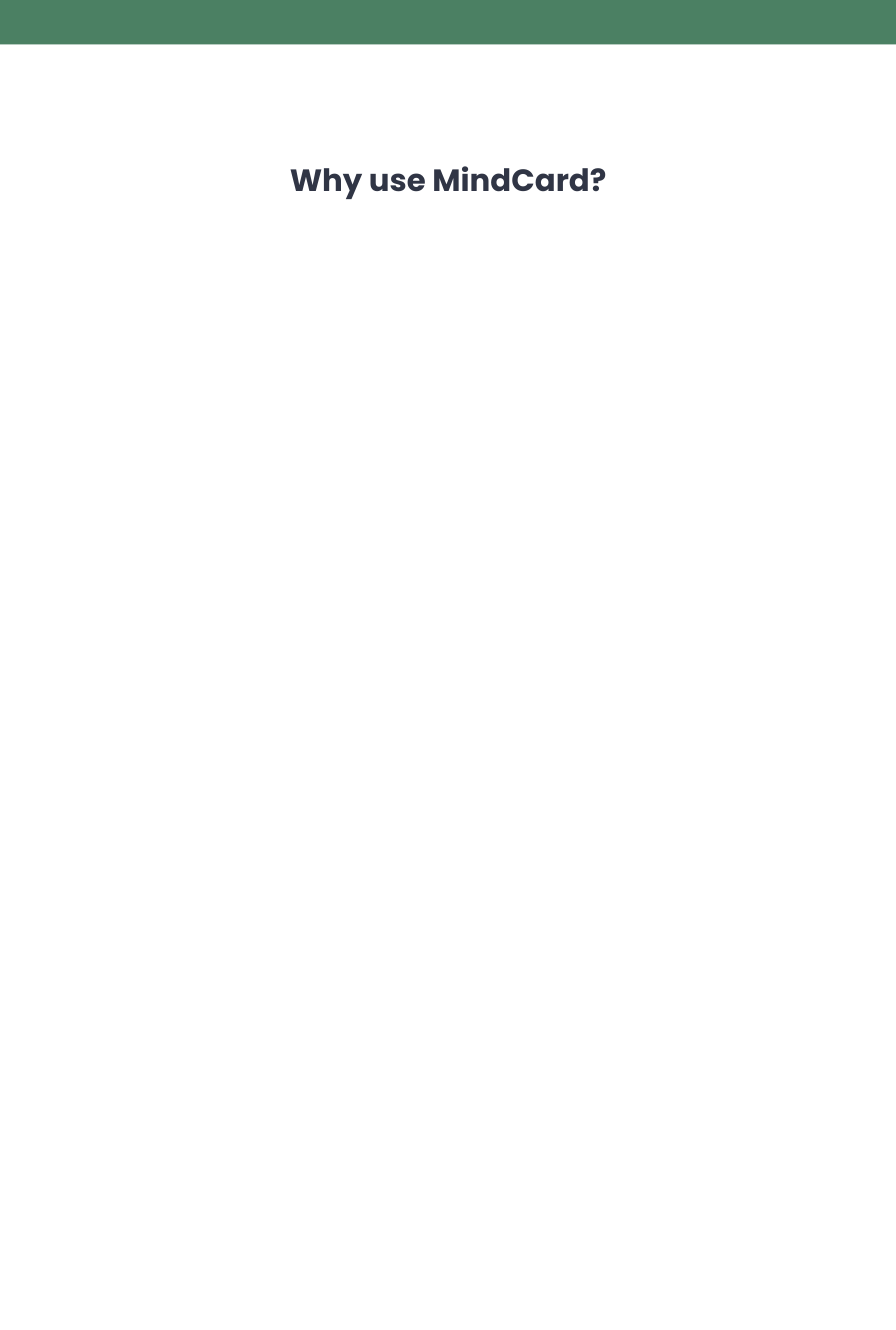
Repository: quangbeuu/Flashcard
Page: nháp/home.html
These files come from the project's save history. The page is drawn as it stood at one moment and after the next save; the edit follows.
The browser window is 1280 px wide. The pictures show the part of the page from y = 768 to 2668 px (the page is 10000 px tall), at 70% of full size.
Some web fonts or font styles are not loaded; a fallback is used. Some web libraries are served in a nearby version.

Above is the page before, as saved 2022-03-06 18:19:08.

After the next save:
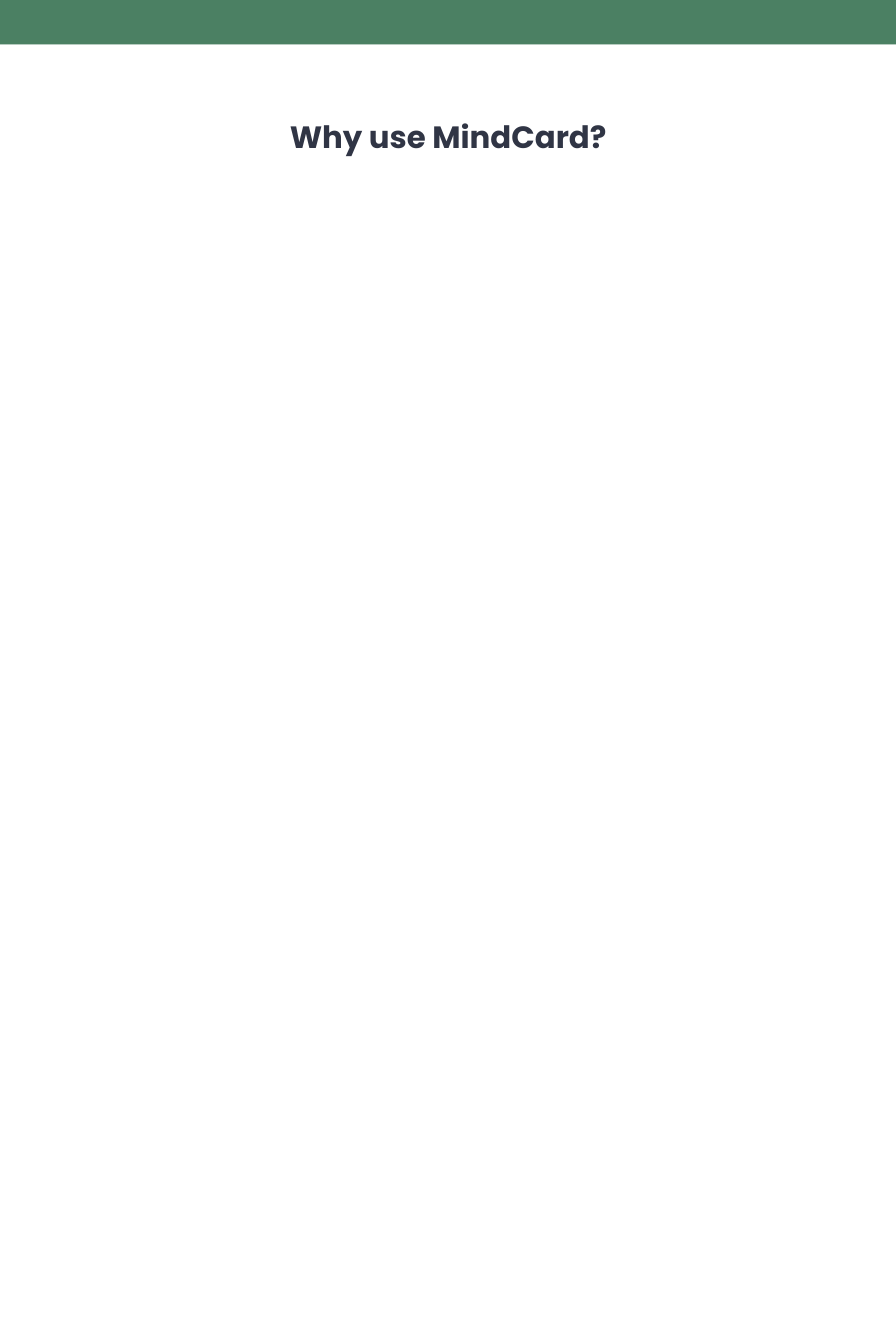
Saved 10 s later.
--- a/nháp/home.html
+++ b/nháp/home.html
@@ -111,7 +111,7 @@
         <!-- Why -->
         <section>
           <h1
-            class="text-[44px] text-[#303545] font-bold w-full text-center pt-[162px]"
+            class="text-[44px] text-[#303545] font-bold w-full text-center pt-[100px]"
           >
             Why use MindCard?
           </h1>
